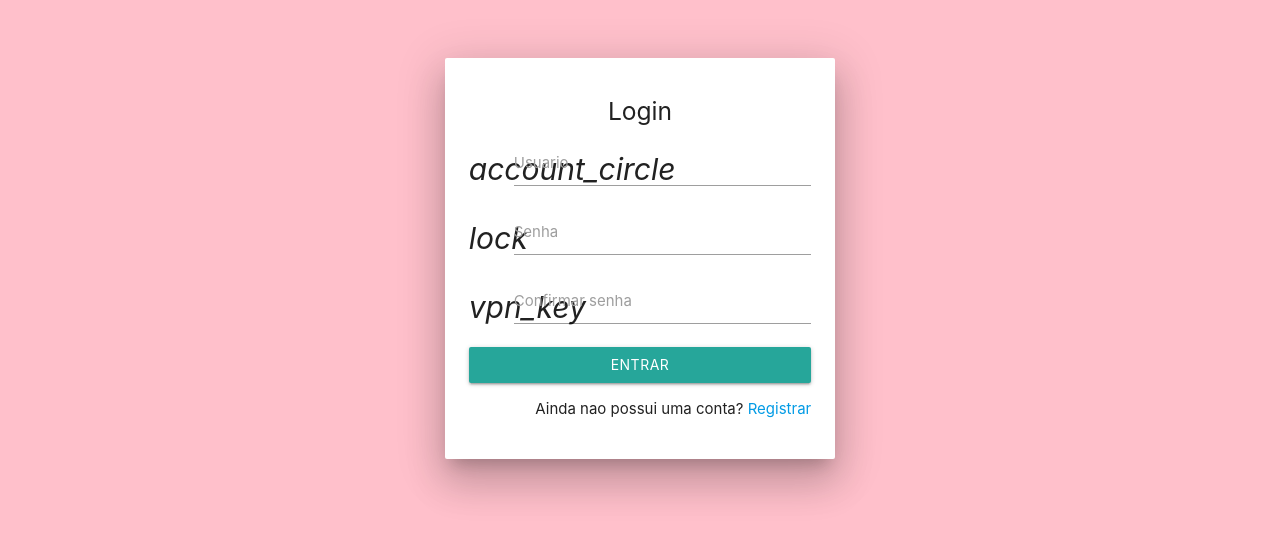
Repository: luizasilveira/TechWeb
Page: http://localhost/techWebP1/login.jsp
These files come from the project's save history. The page is drawn as it stood at one moment and after the next save; the edit follows.
The browser window is 1280 px wide. The pictures show the whole page.
The page is served by Tomcat 9. Other server files are loaded and not shown.

Above is the page before, as saved 2019-09-10 12:36:21.

### Projeto1/techWebP1/WebContent/login.jsp
<%@ page language="java" contentType="text/html; charset=ISO-8859-1"
	pageEncoding="ISO-8859-1"%>
<!DOCTYPE html>
<html>
<head>
<meta charset="ISO-8859-1">
<title>Login</title>
<link href="https://fonts.googleapis.com/icon?family=Material+Icons"
	rel="stylesheet">
<!--Import materialize.css-->
<link rel="stylesheet"
	href="https://cdnjs.cloudflare.com/ajax/libs/materialize/1.0.0/css/materialize.min.css">


<style>
body {
background-color: pink;
	width: 100%;
	margin: auto;
	padding: 50px;
	text-align: center;
}
</style>

<style>
submit{
color: red;

}

</style>
</head>

<body>


	<div class="container" id="content">


		<div class="row">
			<div class="col l3 m3 s12"></div>
			<div class="col l6 m6 s12">
				<form action="" method="POST">
					<div class="card-panel z-depth-5">
						<h5 class="center">Login</h5>
						<div class="input-field">
							<i class="material-icons prefix">account_circle</i> <input
								type="text" name="username"> <label> Usuario</label>
						</div>


						<div class="input-field">
							<i class="material-icons prefix">lock</i> <input type="password"
								name="pass1"> <label>Senha</label>
						</div>


						<div class="input-field">
							<i class="material-icons prefix">vpn_key</i> <input
								type="password" name="pass2"> <label>Confirmar
								senha</label>
						</div>

						<input type="submit" name="submit" value="Entrar"
							class="btn left col s12">
						<p class="right">
							Ainda nao possui uma conta? <a href="#login"
								class="modal-trigger">Registrar</a>
						</p>

						<div class="clearfix"></div>
					</div>
				</form>

			</div>

		</div>
	</div>






	<script src="https://code.jquery.com/jquery-1.12.0.min.js"></script>
	<script
		src="https://cdnjs.cloudflare.com/ajax/libs/materialize/1.0.0/js/materialize.min.js"></script>

After the next save:
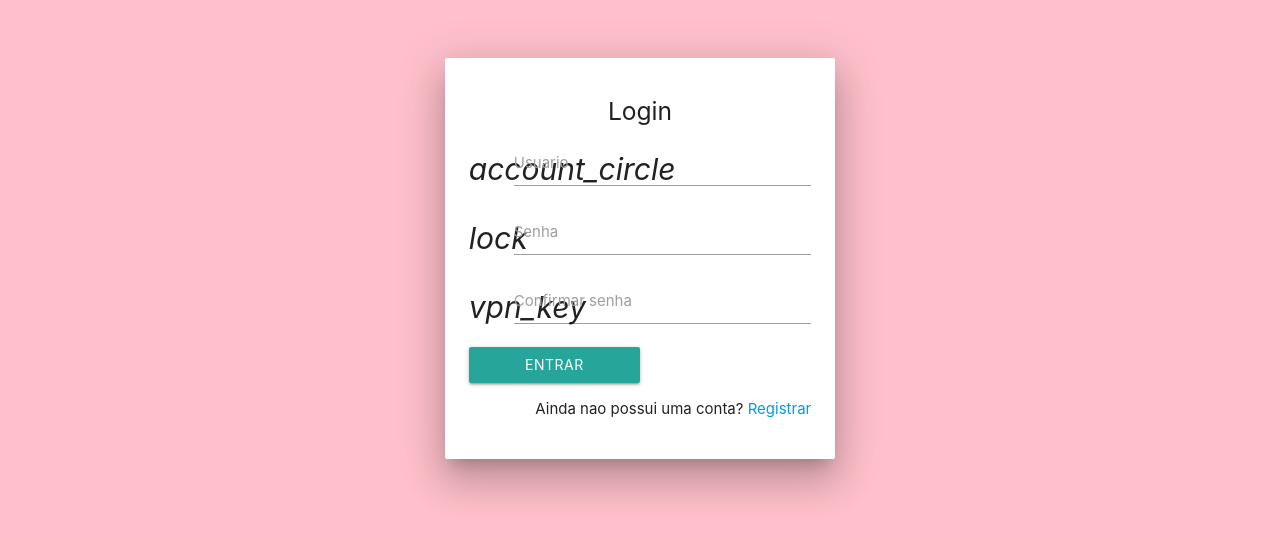
Saved 53 s later.
--- a/Projeto1/techWebP1/WebContent/login.jsp
+++ b/Projeto1/techWebP1/WebContent/login.jsp
@@ -62,7 +62,8 @@ color: red;
 						</div>
 
 						<input type="submit" name="submit" value="Entrar"
-							class="btn left col s12">
+							class="btn left col s6">
+
 						<p class="right">
 							Ainda nao possui uma conta? <a href="#login"
 								class="modal-trigger">Registrar</a>
